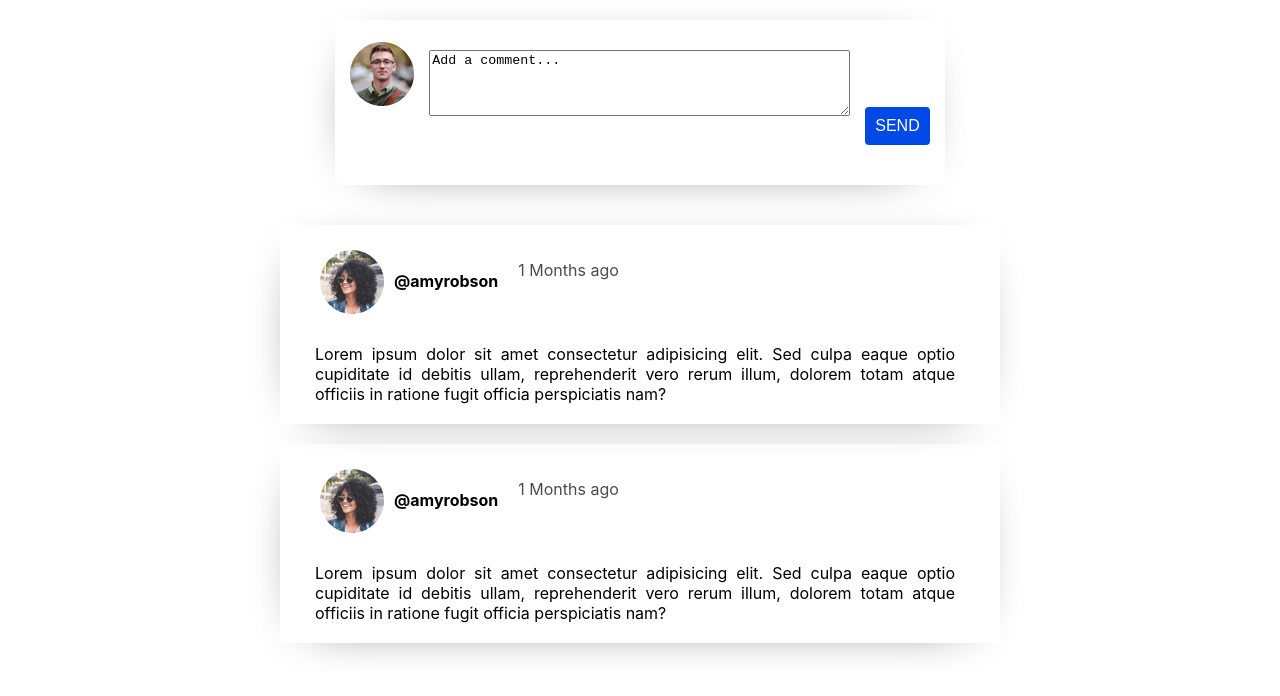
Repository: badhon252/interactive-comments-section
Page: /
An editor plug-in stored every save of this project. The page is shown before and after the next save, followed by the edit.
The browser window is 1280 px wide. The pictures show the whole page.
The project was rebuilt for these pictures with package versions that can differ from the ones it lists, and the page was loaded fresh each time.

Above is the page before, as saved 2022-01-27 22:46:09.

After the next save:
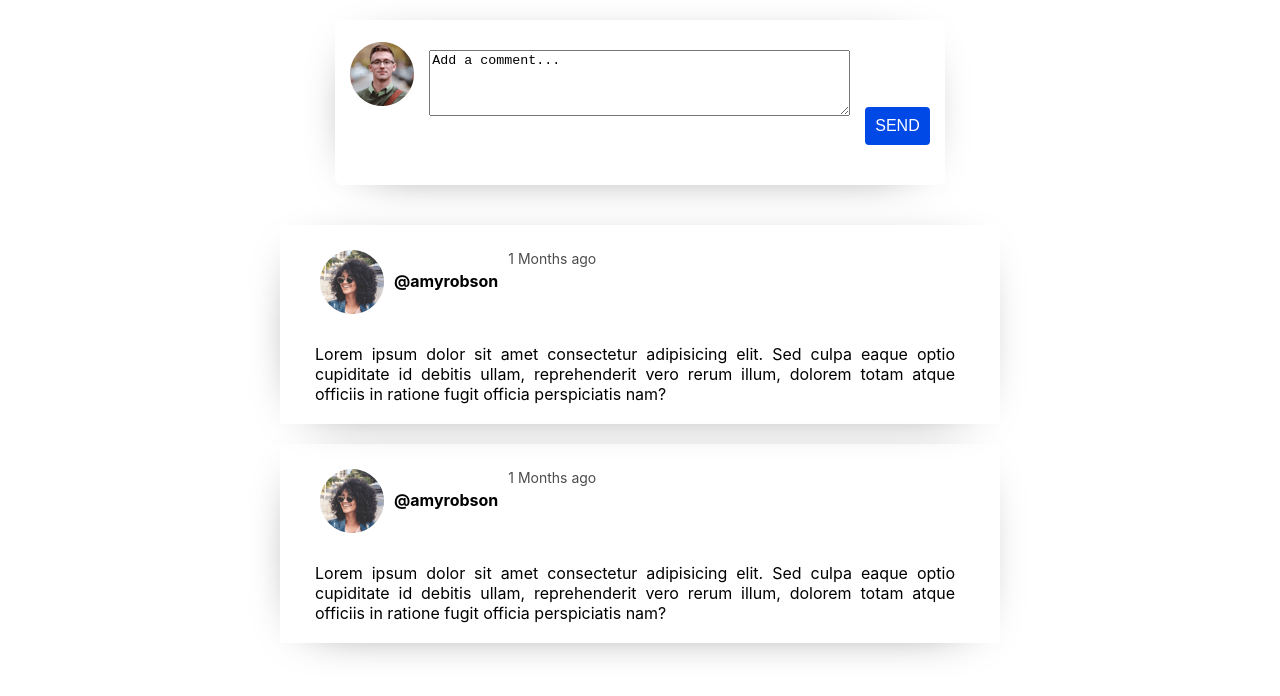
Saved 11 s later.
--- a/src/App.css
+++ b/src/App.css
@@ -61,6 +61,6 @@ textarea {
 }
 
 .time {
+  font-size: 14px;
   opacity: 70%;
-  padding: 10px;
 }
